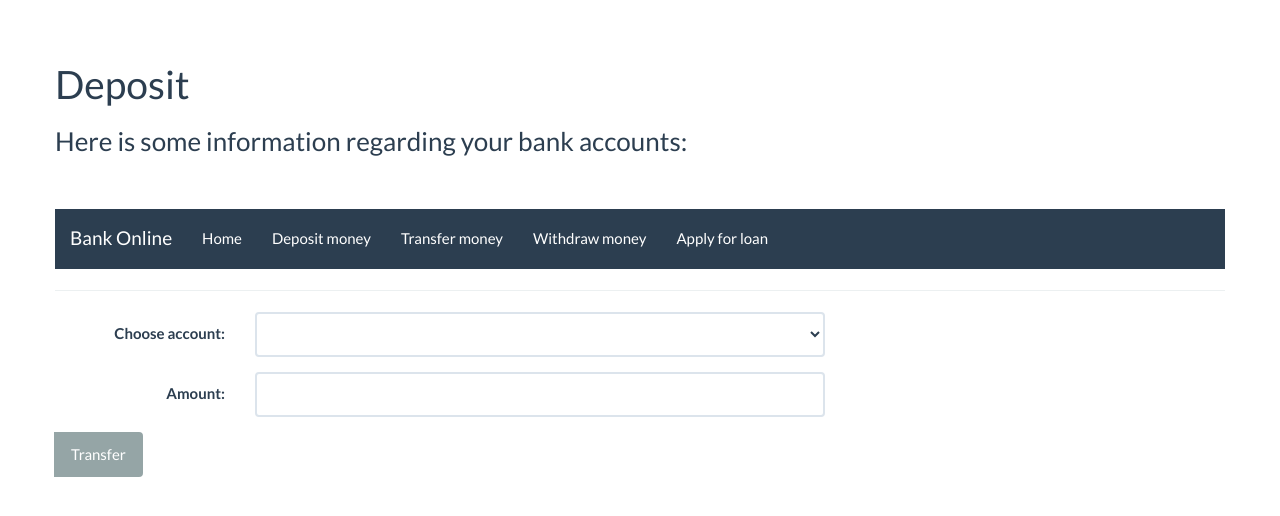
Repository: klitusas/SpringMVCBanking
Page: http://localhost/loans
These files come from the project's save history. The page is drawn as it stood at one moment and after the next save; the edit follows.
The browser window is 1280 px wide. The pictures show the whole page.
The page is this project's Thymeleaf template; nobody is signed in. The template is opened directly, without the code that normally fills it, so the values that code supplies are empty.

Above is the page before, as saved 2017-03-01 19:37:18.

After the next save:
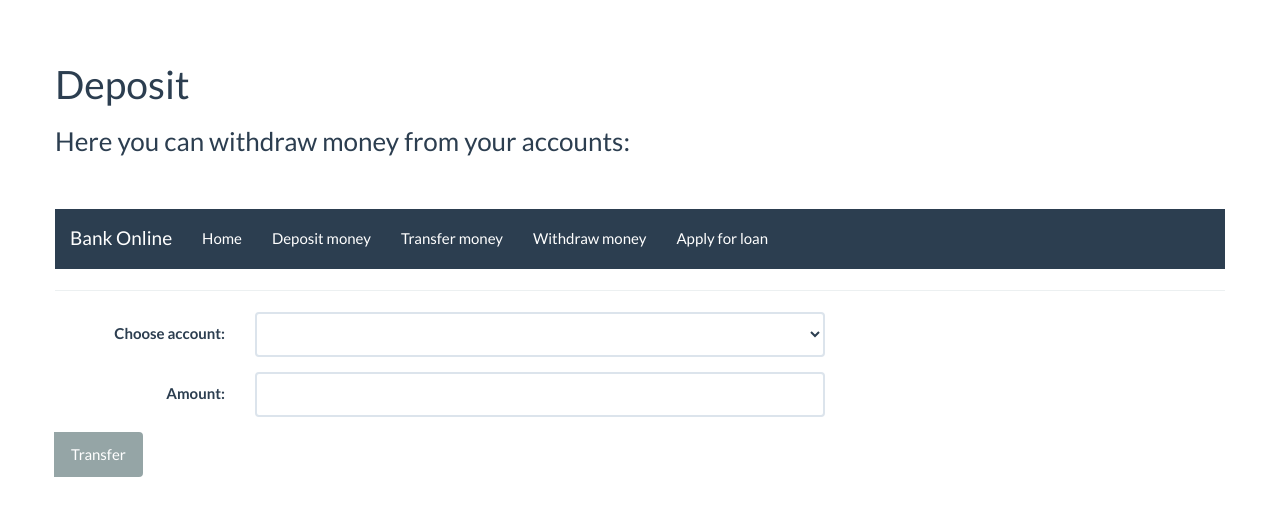
Saved 38 s later.
--- a/banking/src/main/resources/templates/loans.html
+++ b/banking/src/main/resources/templates/loans.html
@@ -12,7 +12,7 @@
         <div class="row">
           <div>
 			<h1>Deposit</h1>
-			<h3>Here is some information regarding your bank accounts: </h3>
+			<h3>Here you can withdraw money from your accounts: </h3>
 			<br/>
 			<br/>
 			<nav class="navbar navbar-default navbar-static-top">
